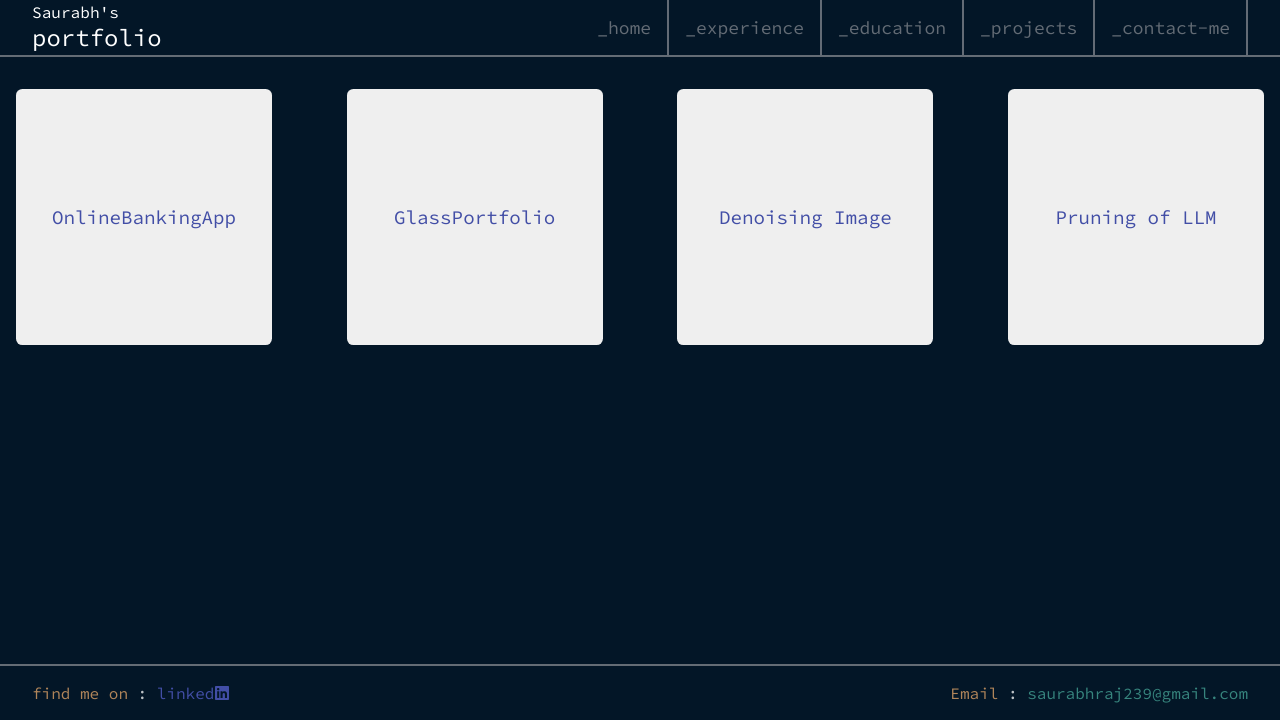
Repository: saurabhraj23/FrontendReactPortfolio
Page: /projects
An editor plug-in stored every save of this project. The page is shown before and after the next save, followed by the edit.
The browser window is 1280 px wide. The pictures show the whole page.
The project was rebuilt for these pictures with package versions that can differ from the ones it lists, and the page was loaded fresh each time. Also part of the build but not shown: vite.config.js, src/components/Education.jsx, src/components/Experience.jsx, src/components/Contacts.jsx, src/styles/default-page.css, src/components/DefaultPage.jsx.

Above is the page before, as saved 2024-07-23 15:02:01.

After the next save:
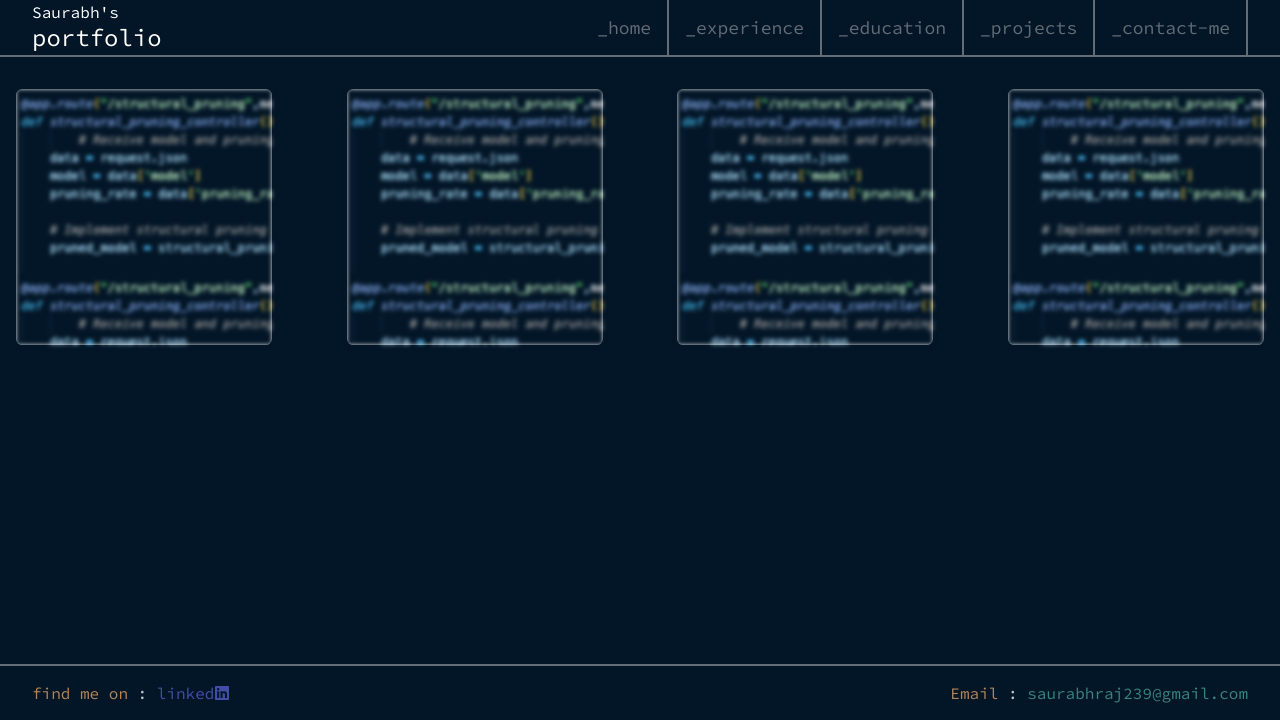
Saved 14 s later.
--- a/src/styles/project.css
+++ b/src/styles/project.css
@@ -67,6 +67,7 @@
   }
 
   .project-item::before{
+    content: "";
     position: absolute;
     background-image: url(../assets/py.png);
     filter: blur(2px);

After the save that followed:
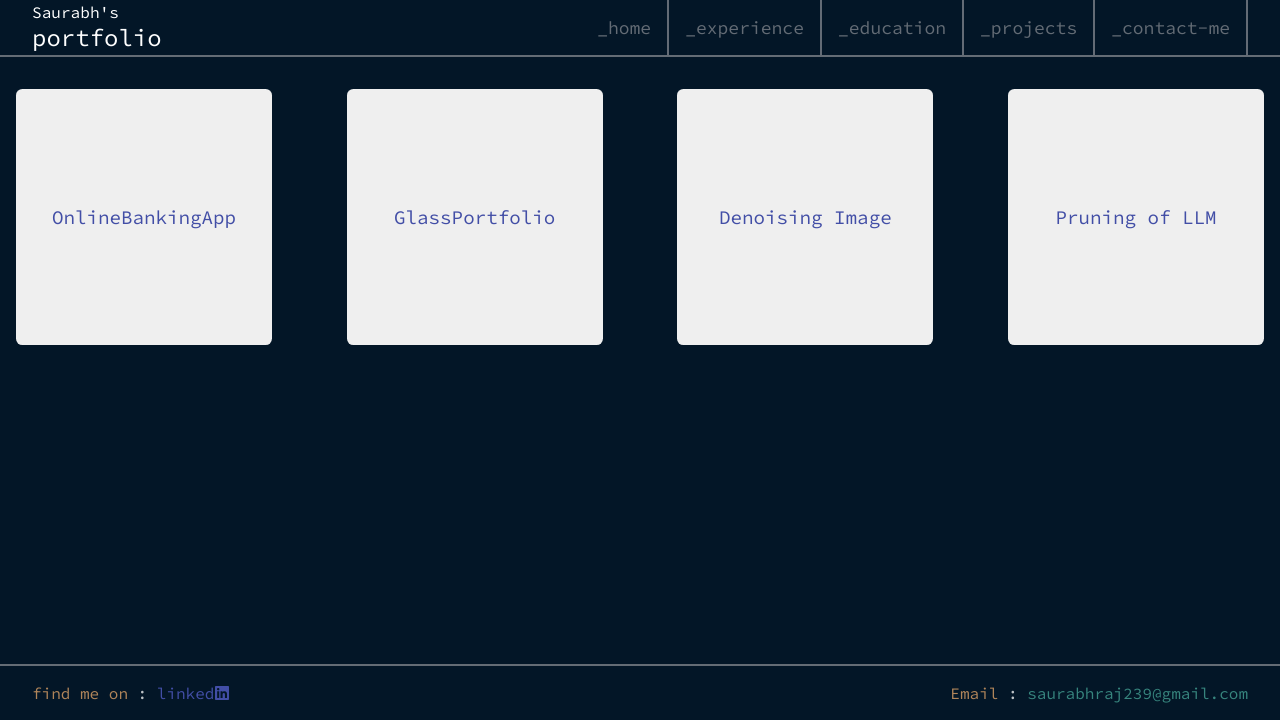
Saved 18 s later.
--- a/src/styles/project.css
+++ b/src/styles/project.css
@@ -69,7 +69,7 @@
   .project-item::before{
     content: "";
     position: absolute;
-    background-image: url(../assets/py.png);
+    /* background-image: url(../assets/py.png); */
     filter: blur(2px);
     top: 0;
     bottom: 0rem;
